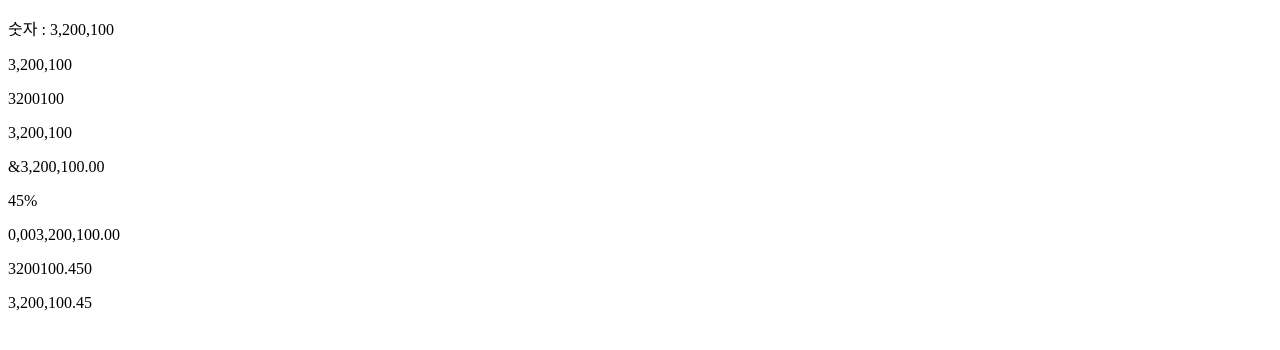
Repository: lhj257/jspwrokspace
Page: http://localhost/JSPBook/ch09/jstl_fmt02.jsp
The author's editor kept a copy of each file at every save. The page is drawn from the files as they stood at one save, then again after the next save.
The browser window is 1280 px wide. The pictures show the whole page.
The page is served by Tomcat 9. Nobody is signed in. The application's start-up code is not run. Other server files are loaded and not shown.

Above is the page before, as saved 2023-08-29 07:38:50.

### JSPBook/src/main/webapp/ch09/jstl_fmt02.jsp
<%@ page language="java" contentType="text/html; charset=UTF-8"
    pageEncoding="UTF-8"%>
<%@ taglib prefix="fmt" uri="http://java.sun.com/jsp/jstl/fmt" %>
<!DOCTYPE html>
<html>
<head>
<meta charset="UTF-8">
<title>Insert title here</title>
</head>
<body>
	<p> 숫자 : <fmt:formatNumber value="3200100" />
	<p> <fmt:formatNumber value="3200100" type="number"/>
	<p> <fmt:formatNumber value="3200100" type="number" groupingUsed="false"/>
	<p> <fmt:formatNumber value="3200100" type="number" groupingUsed="true"/>
	<p> <fmt:formatNumber value="3200100" type="currency" currencySymbol="&"/>
	<p> <fmt:formatNumber value="0.45" type="percent"/>
	<p> <fmt:formatNumber value="3200100" minIntegerDigits="10" minFractionDigits="2"/>
	<p> <fmt:formatNumber value="3200100.45" pattern=".000"/>
	<p> <fmt:formatNumber value="3200100.45" pattern="#,#00.0#"/>
</body>
</html>

After the next save:
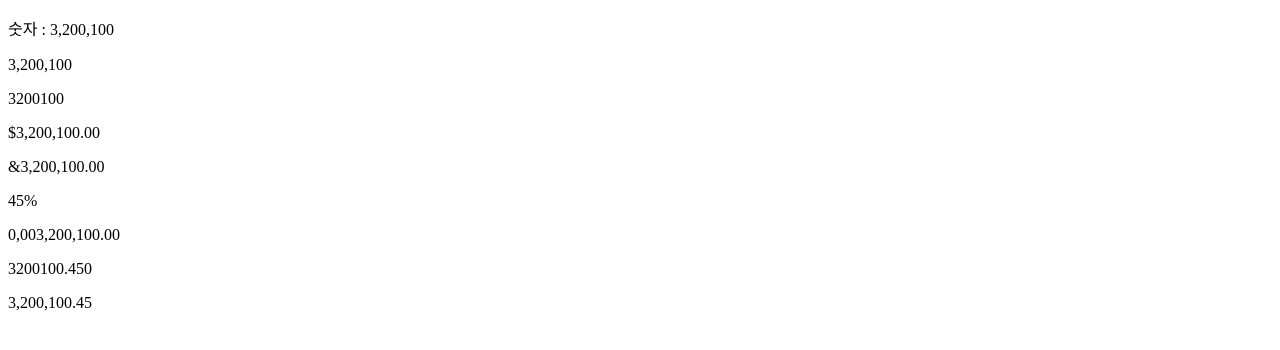
Saved 25 s later.
--- a/JSPBook/src/main/webapp/ch09/jstl_fmt02.jsp
+++ b/JSPBook/src/main/webapp/ch09/jstl_fmt02.jsp
@@ -11,7 +11,7 @@
 	<p> 숫자 : <fmt:formatNumber value="3200100" />
 	<p> <fmt:formatNumber value="3200100" type="number"/>
 	<p> <fmt:formatNumber value="3200100" type="number" groupingUsed="false"/>
-	<p> <fmt:formatNumber value="3200100" type="number" groupingUsed="true"/>
+	<p> <fmt:formatNumber value="3200100" type="currency" groupingUsed="true"/>
 	<p> <fmt:formatNumber value="3200100" type="currency" currencySymbol="&"/>
 	<p> <fmt:formatNumber value="0.45" type="percent"/>
 	<p> <fmt:formatNumber value="3200100" minIntegerDigits="10" minFractionDigits="2"/>
